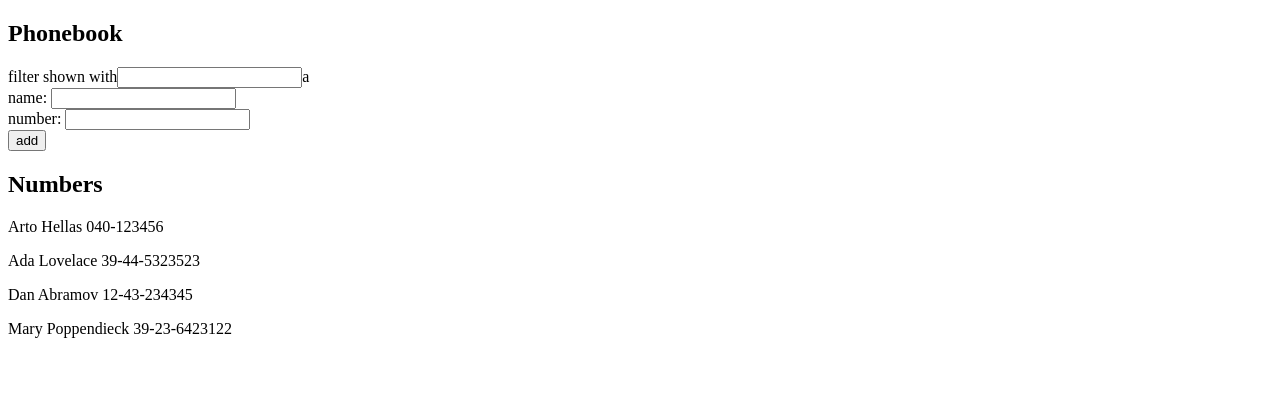
Repository: mariocapitbrok/helsinki-fullstack
Page: / (app in part2/phonebook/)
The author's editor kept a copy of each file at every save. The page is drawn from the files as they stood at one save, then again after the next save.
The browser window is 1280 px wide. The pictures show the whole page.
The project was rebuilt for these pictures with package versions that can differ from the ones it lists, and the page was loaded fresh each time.

Above is the page before, as saved 2022-01-12 12:01:34.

After the next save:
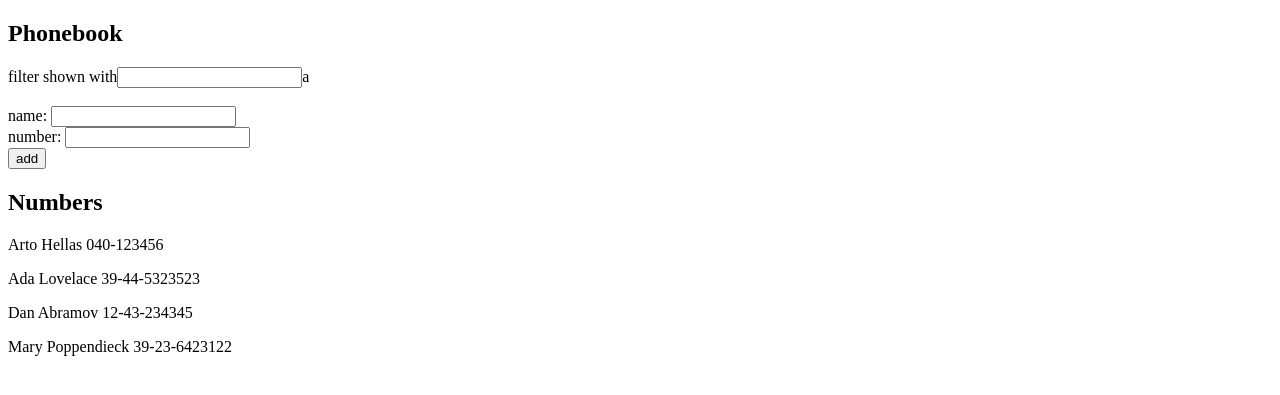
Saved 27 s later.
--- a/part2/phonebook/src/App.js
+++ b/part2/phonebook/src/App.js
@@ -40,8 +40,8 @@ const App = () => {
         filter shown with
         <input onChange={(e) => setNewFilter(e.target.value)} />
         {newFilter}
-        <br />
       </div>
+      <br />
       <form onSubmit={handleSubmit}>
         <div>
           name:{' '}
